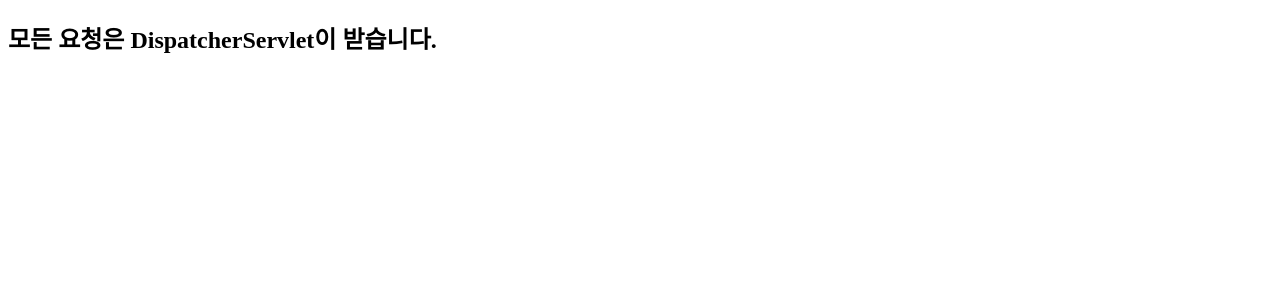
Repository: emily-hong/Maven-study
Page: maven01_SpringMVC/src/main/webapp/index.html
These files come from the project's save history. The page is drawn as it stood at one moment and after the next save; the edit follows.
The browser window is 1280 px wide. The pictures show the whole page.

Above is the page before, as saved 2024-10-02 01:40:09.

After the next save:
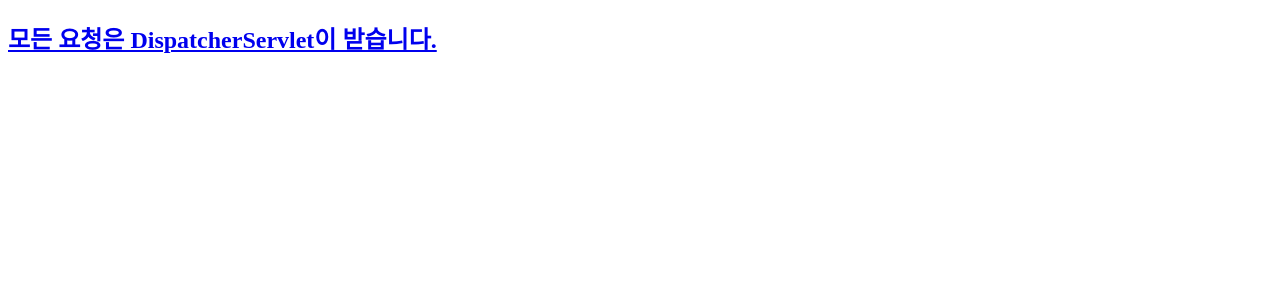
Saved 20 s later.
--- a/maven01_SpringMVC/src/main/webapp/index.html
+++ b/maven01_SpringMVC/src/main/webapp/index.html
@@ -5,6 +5,6 @@
 <title>Insert title here</title>
 </head>
 <body>
-	<h2 href="main.do">모든 요청은 DispatcherServlet이 받습니다.</h2>
+	<h2><a href="main.do">모든 요청은 DispatcherServlet이 받습니다.</a></h2>
 </body>
 </html>
